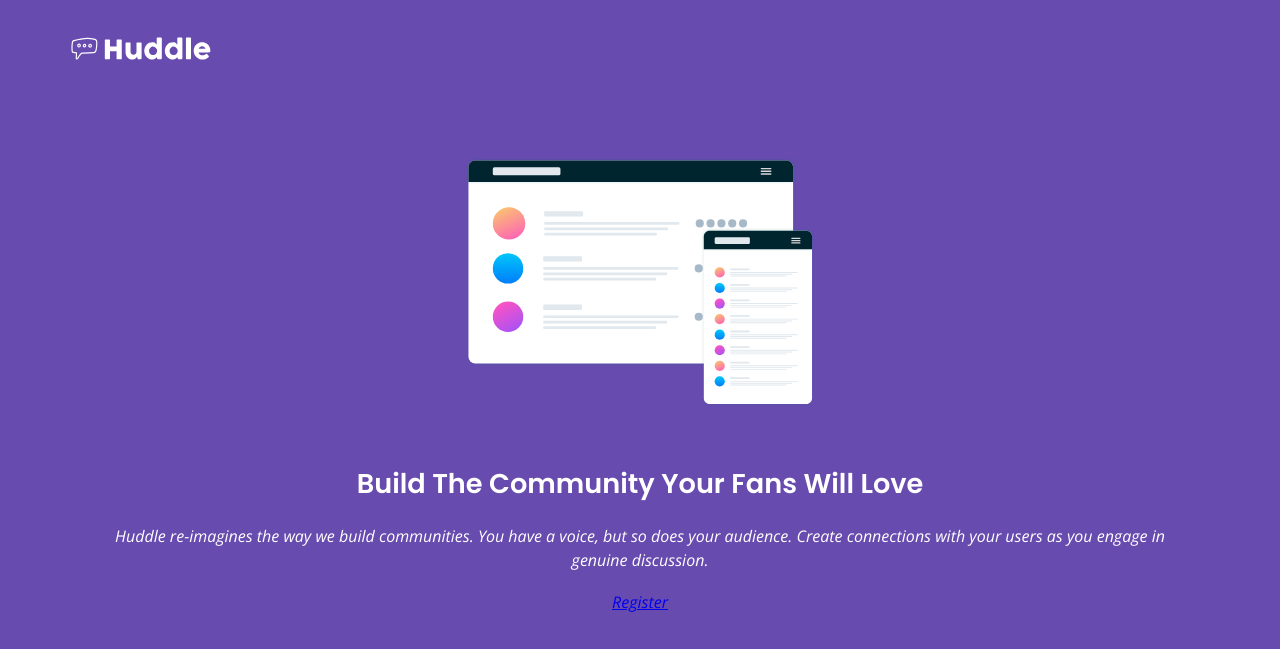
Repository: ivanvqz/huddle-landing-page
Page: index.html
The author's editor kept a copy of each file at every save. The page is drawn from the files as they stood at one save, then again after the next save.
The browser window is 1280 px wide. The pictures show the part of the page from y = 0 to 649 px (the page is 1034 px tall before and 1043 px after).
A picture or video elsewhere on the page could not be fetched, so the positions and the page height are approximate.

Above is the page before, as saved 2022-10-19 22:45:09.

After the next save:
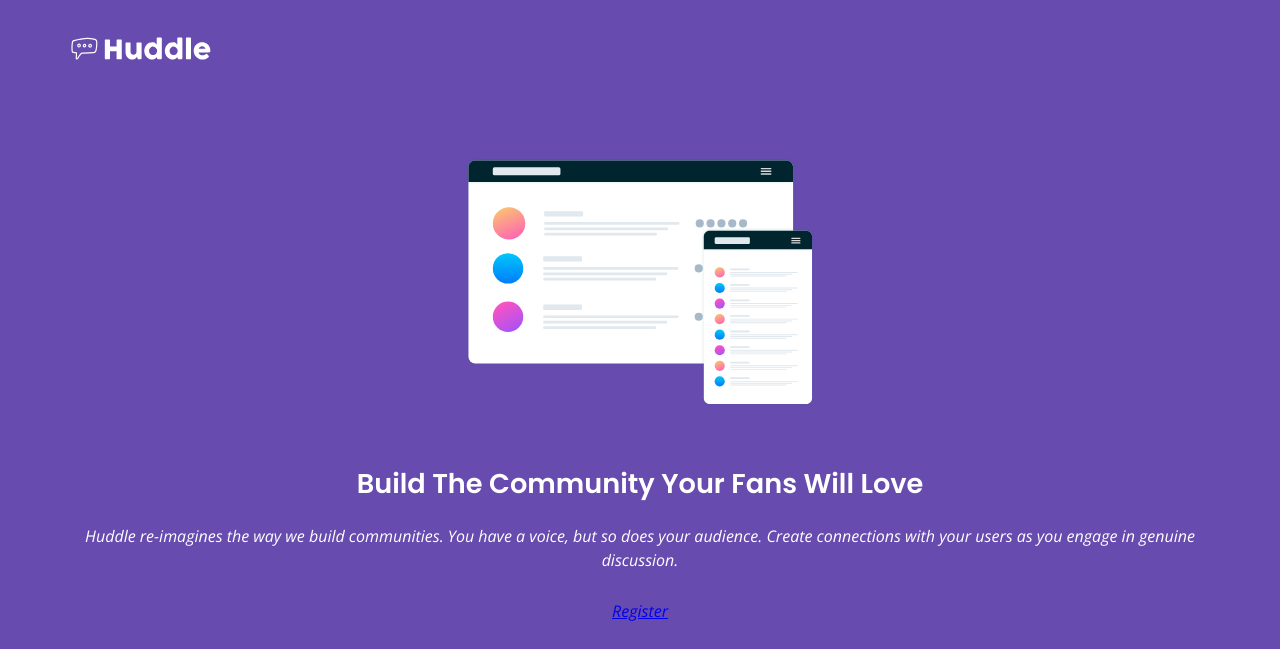
Saved 7 s later.
--- a/css/style.css
+++ b/css/style.css
@@ -65,5 +65,5 @@
 
 .hero__paragraph {
     line-height: 1.5;
-    margin: 1.2em 1.73em;
+    margin: 1.2em 0 1.73em;
 }
